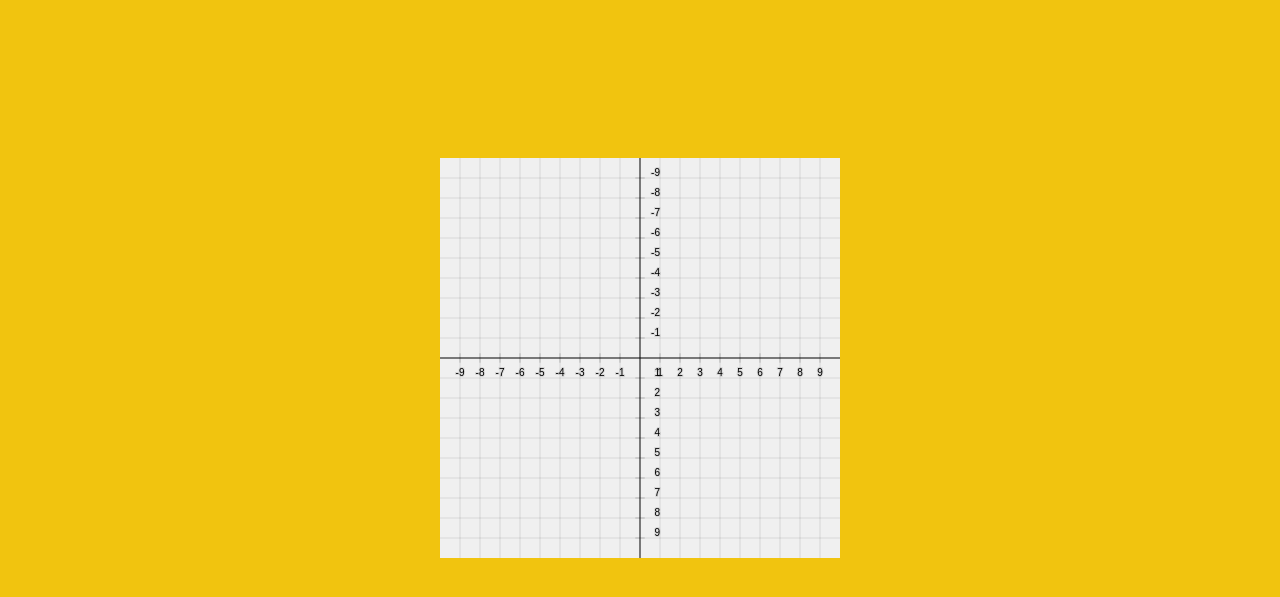
Repository: animarcus/graphing-app
Page: index.html
An editor plug-in stored every save of this project. The page is shown before and after the next save, followed by the edit.
The browser window is 1280 px wide. The pictures show the whole page.
Some web libraries are served in a nearby version.

Above is the page before, as saved 2020-09-26 19:55:24.

After the next save:
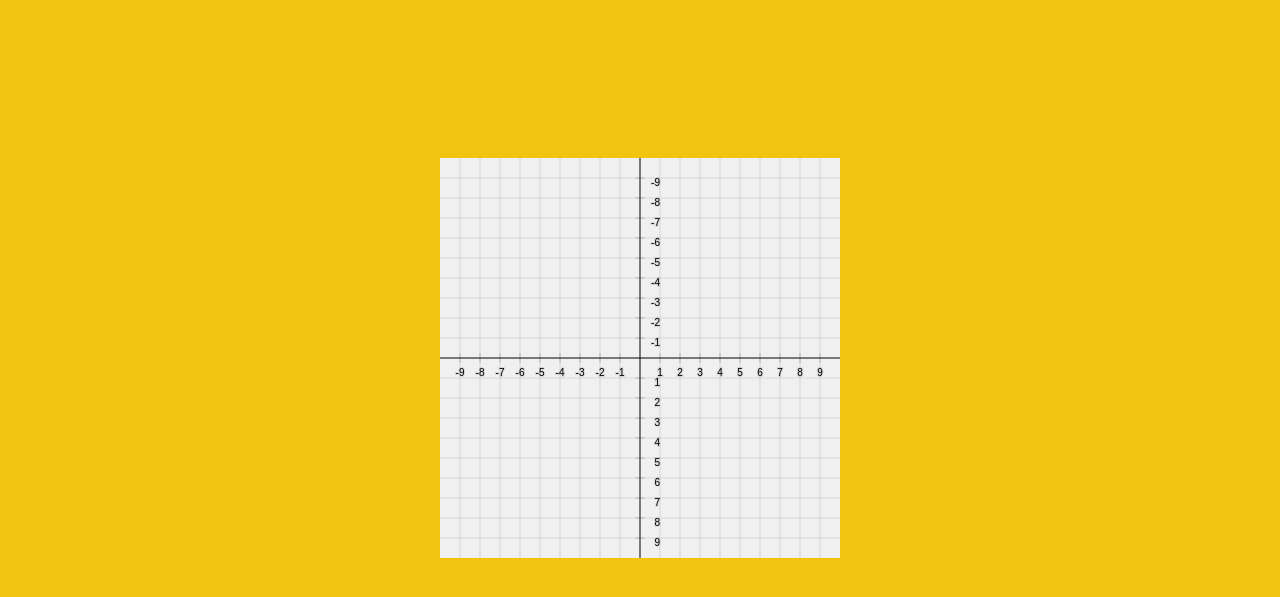
Saved 7 s later.
--- a/js/sketch.js
+++ b/js/sketch.js
@@ -28,7 +28,7 @@
     line(x, -cellW/5, x, cellW/5);
     text(currentX, x, cellW);
   }
-  textAlign(RIGHT, BOTTOM);
+  textAlign(RIGHT, TOP);
   for (let y = -canvasH/2; y < canvasH/2; y += cellW) {
     if (y === -canvasH/2 || y === canvasH/2 || y === 0) {
       continue;

After the save that followed:
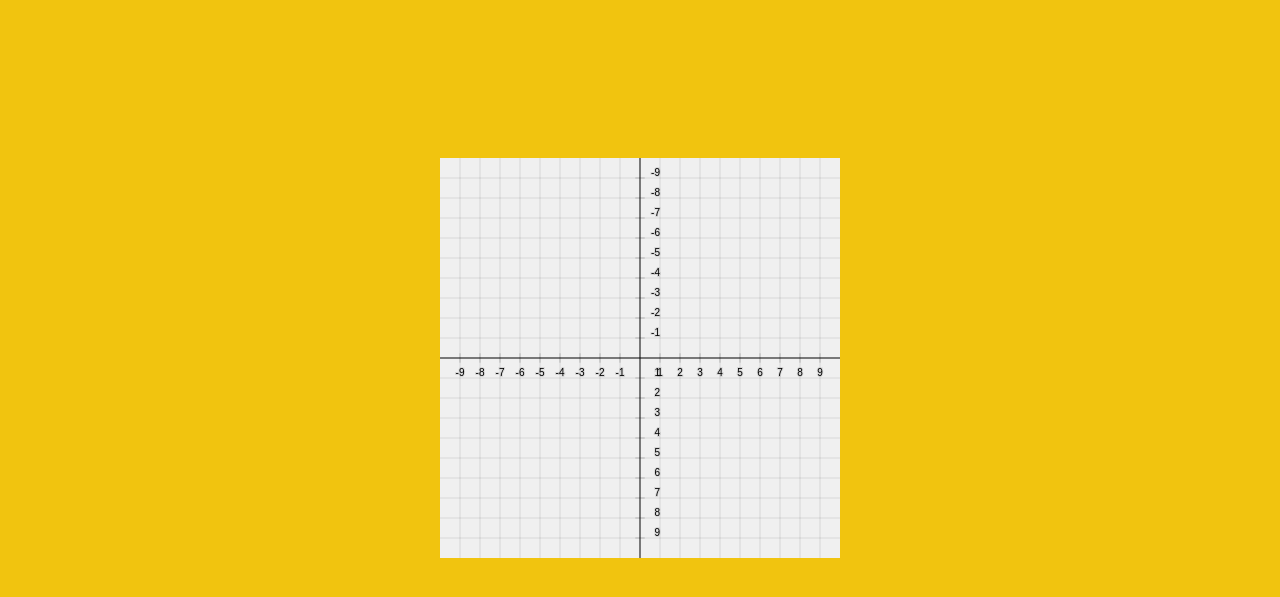
Saved 4 s later.
--- a/js/sketch.js
+++ b/js/sketch.js
@@ -28,7 +28,7 @@
     line(x, -cellW/5, x, cellW/5);
     text(currentX, x, cellW);
   }
-  textAlign(RIGHT, TOP);
+  textAlign(RIGHT, BOTTOM);
   for (let y = -canvasH/2; y < canvasH/2; y += cellW) {
     if (y === -canvasH/2 || y === canvasH/2 || y === 0) {
       continue;
